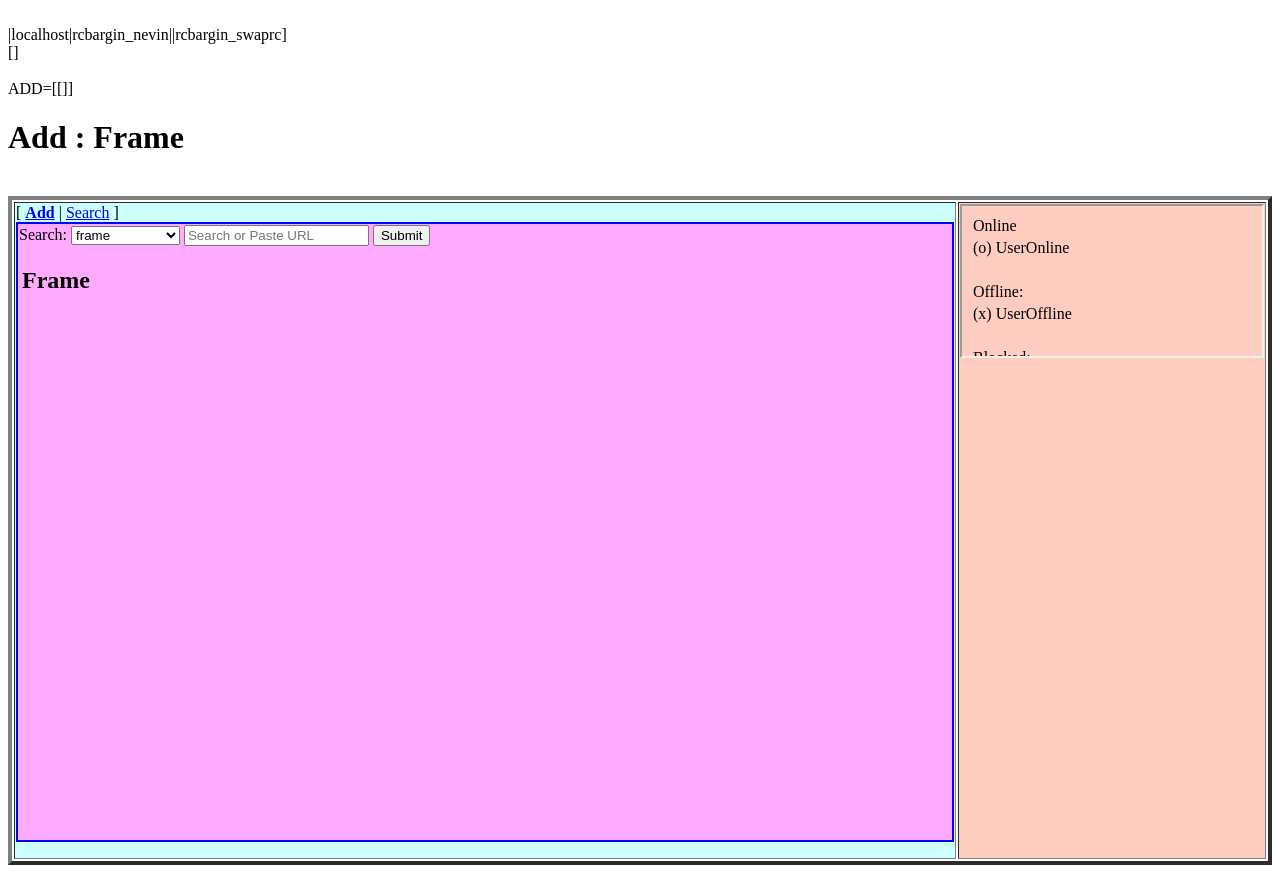
Repository: nevinleiby/SwapRC
Page: http://localhost/add_interface_old.php
These files come from the project's save history. The page is drawn as it stood at one moment and after the next save; the edit follows.
The browser window is 1280 px wide. The pictures show the whole page.
The page is run by PHP 8.4 with error messages shown; the project is at /var/www/html/. Queries for data that is not in the repository find no rows.

Above is the page before, as saved 2019-09-10 16:59:00.
Console error (its wording comes from the project's code and is left out).

### add_interface_old.php
<?php
    require_once 'login_bluehost.php';
    require_once 'quad_spec_processing.php';
    require_once 'quad_sql_commands.php';

    $connection = new mysqli($hn, $un, $pw, $db);
    echo '<br>|'. $hn .'|'. $un .'|'. '|'. $db.']<br>';
    echo '['.$connection->connect_error . ']';
    //if ($connection->connect_error) die ("Fatal Error");


    // Define categories as an array
    //$categories =    array (
    //        'frame',
    //        'fc',
    //        'bnf',
    //        'esc',
    //        'motor',
    //        'prop',
    //    'fpv_camera',
    //    'transmitter',
    //    'antenna',
    //    'vtx',
    //    'receiver',
    //    'battery',
    //    'pdb',
    //    'hardware',
    //    'print',
    //    'goggle',
    //    'video_monitor',
    //    'video_receiver',
    //    'swag'
    //);


    // Define categories as a named array/hash:
    $categories =    [
        'antenna' => 'antenna',
        'battery' => 'battery',
        'bnf' => 'bnf',
        'esc' => 'esc',
        'fc' => 'fc',
        'fpv_camera' => 'fpv_camera',
        'frame' => 'frame',
        'generic' => 'generic',
        'goggle' => 'goggle',
        'hardware' => 'hardware',
        'motor' => 'motor',
        'pdb' => 'pdb',
        'print' => 'print',
        'prop' => 'prop',
        'receiver' => 'receiver',
        'swag' => 'swag',
        'transmitter' => 'transmitter',
        'video_monitor' => 'video_monitor',
        'video_receiver' => 'video_receiver',
        'vtx' => 'vtx'
    ];


    //echo '==================' . isset($_POST['category']) . '=================<br>';
    if (isset($_POST['category']))
    {
        $q_category = $_POST['category'];
        $q_category = strip_tags($q_category);

        $table_name = '';
        // Compare available categories and make sure that user selected an actual category:
        foreach ($categories as $item)
        {
            if ($item == $q_category)
            {
                $table_name = $item;
                //echo "Requested ($q_category) vs actual ($item)<br>";
                break;
            }
        }

        // Default if there is not a valid table used:
        if ($table_name == '')
        {
            $table_name = 'frame';
        }
    }
    else
    {
        $table_name = 'frame';
    }
    $category = ucfirst ($table_name);

    //echo '--------------9' . $table_name . '9---------------<br>';

    // Final check to make sure that table is defined:
    if (! $table_name)
    {
        $table_name = 'frame';
    }

    $query = "SELECT * FROM $table_name";
    $result = $connection->query($query);

    if (! $result) die ("Fatal Error");
    $number_of_rows = $result->num_rows;
    //echo "((($row)))<br>";

    //echo "<br><br>STARTING DATA EXTRACTION [<br>";

    // Step through each result:
    //for ($j = 0; $j < $rows ; ++$j)
    //{
    //   $result->data_seek($j);
    //    //echo .htmlspecialchars ($result->fetch_assoc()['test']) . '<br>';
    //    echo "((" . htmlspecialchars($result->fetch_assoc()['frequency']) . '))<br>';
    //    $result->data_seek($j);
    //    echo "((" . htmlspecialchars($result->fetch_assoc()['number_of_channels']) . '))<br>';
    //}

    //// Step through each result:
    for ($j = 0; $j < $number_of_rows ; ++$j)
    {
        $row = $result->fetch_array(MYSQLI_NUM);

        //echo "((" . htmlspecialchars($row['frequency']) . '))<br>';
        //echo print_f($row);
        for ($item = 0; $item < 10; ++$item)
        {
            // INPUT VALUES:
            //echo "Item $item: " . htmlspecialchars($row[$item]) . "<br>\n";
        }

    }
    //echo "]ENDED EXTRACTION<br>";



    /////////////////////////////////////////////////////////////////////////////////////////////////////////////
    /////////////////////////////////////////////////////////////////////////////////////////////////////////////
    /////////////////////////////////////////////////////////////////////////////////////////////////////////////

    //////////////////////////////
    // TRY TO GET TABLE COLUMNS
    //    https://www.codexworld.com/how-to/get-column-names-from-table-in-mysql-php/
    //
    // Ultimately worked by following:
    //    https://stackoverflow.com/questions/4165195/mysql-query-to-get-column-names/4165253
    /////////////////////////////


    // Query to get columns from table
    //$result = $connection->query("SELECT COLUMN_NAME FROM INFORMATION_SCHEMA.COLUMNS WHERE TABLE_SCHEMA = '$db' AND TABLE_NAME = '$table_name'");

    // single column name:
    //$next_row = $result->fetch_assoc();
    //echo $next_row;

    //$next_row = $result->fetch_assoc();
    //echo "<br>ROW: |$next_row|<br>";
    //foreach ($next_row as $column_name)

    //only grabs the first column name:
    //foreach ($next_row = $result->fetch_assoc() as $column_name)
    //{
    //    //$result[] = $next_row;
    //    echo "<br>ROW: |$next_row|[$column_name]<br>";
    //    foreach ($next_row as $column_name_item)
    //    {
    //        echo "-----|$column_name_item|----<br>";
    //    }
    //}

    // Only selects the first column name:
    //foreach ($next_row = $result->fetch_assoc() as $column_name)
    //{
    //    $columns[] = $next_row;
    //    echo "<br>=|$next_row|=<br>";
    //    echo "<br>=|" . $columns[0] . "|=<br>";
    //    print_r ($columns);

    //    // Still grabs only first column name:
    //    //foreach ($columns as $column_name)
    //    //{
    //    //    echo "-=|$column_name|=-<br>";
    //    //}

    //   for ($column_number = 0; $column_number <= 2; $column_number++)
    //    {
    //        echo "====*" . $columns[$column_number] . "*======<br>";
    //    }
    //}


    ///////////// WORKS!!!!!!!!!!!!!!!!!!!!!!!!!!!!
    /// https://stackoverflow.com/questions/4165195/mysql-query-to-get-column-names/4165253
    //$sql = "SHOW COLUMNS FROM $table_name";
    //$result = mysqli_query($connection,$sql);
    //while($row = mysqli_fetch_array($result)){
    //    echo $row['Field']."<br>";
    //}


    // Grab each column name:
    //     (likely could be optomized by INFORMATION_SCHEMA.COLUMNS WHERE TABLE_SCHEMA methology)
    //
    // WORKS!!!!!
    /// https://stackoverflow.com/questions/4165195/mysql-query-to-get-column-names/4165253

    $query = "SHOW COLUMNS FROM $table_name";
    $result = $connection->query($query);

    $search_input_text = '';
    while($row = mysqli_fetch_array($result))
    {
        //echo $row['Field']."<br>";
        //echo '<input onClick="this.select();" type=text name="' . $row['Field'] . '" placeholder="' . $row['Field'] . '"><br>';

        // Pretty form of INPUT box
        $search_input_text .= "\n" . '<input onClick="this.select();" type=text name="' . $row['Field'] . '" placeholder="' . $row['Field'] . '">&nbsp; ' .  $row['Field'] . '<br>';

        // INPUT box but with default values:
        //$search_input_text .= "\n" . '<input onClick="this.select();" type=text name="' . $row['Field'] . '" value="' . $row['Field'] . '1">' . $row['Field'] . '<br>';

        // TESTING <INPUT>:
        //$search_input_text .= "\n" . '<input onClick="this.select();" type=text name="' . $row['Field'] . '" value="' . '1">' . $row['Field'] . '<br>';
    }


    // Read all of the column names:
    //foreach ($next_row = $result->fetch_assoc())
    //{
    //    echo $next_row;
    //}


    //while ($next_row = $result->fetch_assoc())
    //{
    //    $result[] = $next_row;
    //    echo $next_row;
    //}

    // Array of all column names
    //$columnArr = array_column($result, 'COLUMN_NAME');

    /////////////////////////////////////////////////////////////////////////////////////////////////////////////
    /////////////////////////////////////////////////////////////////////////////////////////////////////////////
    /////////////////////////////////////////////////////////////////////////////////////////////////////////////


    // Now generate the available options:
    $select_options_text = select_item(strtolower($category), $categories);

    // Associative array to add to the table:
    $row_add_array;

    // Process the input:
    while (1)
    {
        // Doesn't permit name=value pairs...you need a KEY=VALUE
        //foreach ($_POST as $item)

        // Get the name=value pairs:
        // https://stackoverflow.com/questions/5479999/foreach-value-from-post-from-form

        foreach ($_POST as $key => $value)
        {
            //echo 'name=('. $key . ')|  value=|' . $_POST[$key] . '|| [' . $value . ']<br>';
            //echo 'name=('. $key . ')|  value=|' . $_POST[$key] . '||<br>';

            $row_add_array[$key] = $value;
        }
        break;
    }

    // Now lets add the data to the database:

    // See the array of data:
    //print_r($row_add_array);
    $row_add_string = q_add_item_to_table($table_name, $categories, $row_add_array);
    echo "\n<br><br>ADD=[[" . $row_add_string . "]]<br>\n";

    if ($row_add_string)
    {
        //echo 'ADD_ITEM_TO_TABLE  ID=[' . $row_add_array['id'] . ']<br>';
        $add_result = $connection->query($row_add_string);
        echo "SQL ADD RESULT($add_result)<br>";
    }



    $display_result = $connection->query("SELECT id from $category");
    if ( ! $display_result) die ("Fatal Error");

    $rows = $display_result->num_rows;

    for ($j = 0; $j < $rows; ++$j)
    {
        $row = $display_result->fetch_array(MYSQL_ASSOC);

        // Display a link for the particular item.
        //   Item should be a link within the Category DB, which will then be able to unit with Entry DB.
        //   If the Entry DB is referenced without referencing the Category DB, then it could be harder to link
        echo '<a href="./display_item_old.php?' . $category . '=' . $row['id'] . '&category=' . $category .'">' . $row['id'] . '</a><br>';
    }


    $result->close();
    $connection->close();

    /////////////////////////////////////////////////////////////////////////////////////////////////////////////////////////////////////////////////////////

    ///////////////////////////////////
    // Function definitions
    ///////////////////////////////////

    /////////////////////////
    // GET_POST
    /////////////////////////
    function get_post ($connection, $var)
    {
        return $connection->real_escape_string($_POST[$var]);
    }

    /////////////////////////
    // SELECT_ITEM
    /////////////////////////
    // Create the <INPUT> tags and select the choosen category:
    function select_item ($category, &$categories)
    {

            //echo "category=($category), categories=(" . $categories['vtx'] . ')<br>';
            //echo "entering with default of ($category)";

            // Define the return text string:
            $return_text = '';

            // Step through each category:
            foreach ($categories as $curr_category)
            {

                // Select the current category:
                $curr_category = $categories[$curr_category];
                //echo '<br>[[[[[[<b>' . $curr_category . '</b>| vs |' . $category . ']]]]]]]]]]';

                // Basic <OPTION> statement, to be appended to the selected item if necessary:
                $return_text .= '<option value = "' . $curr_category . '"';

                // compare the desired category ($category) with the current category:
                if ($curr_category == $category)
                {
                    // This the is desired category....select it now:
                    $return_text .= ' SELECTED ';
                    //echo '<br>SELECTED ' . $curr_category . "<br>";
                }

                $return_text .= '>' . $curr_category . '</option>' ."\n";
            }

            // Return <OPTION> array, including the one that is SELECTED:
            return $return_text;
    }


/////////////////////////////////////////////////////////////////////////////////////////////////////////////////////////////////////////////


echo <<<_END
<html>
    <title>
        SwapRC:Add
    </title>
    <body>
            <h1>Add : $category</h1>
            <form action="./add_interface_old.php" method="post">

            <br>
            <table border=4 width=100% height=95%>
                <tr border=4 height=95%>
                    <td width = 80% border=2 bgcolor="#ccffff" valign=top height=95%>
                        [
                        <b><a href="./add_interface_old">Add</a></b> |
                        <a href="./search_interface.php">Search</a>
                        ]


                        <br>
                        <table width=100% height=95% bgcolor=blue>
                            <tr height=95% style="height:95%">
                                <td valign=top bgcolor="#ffaaff" style="height:95%">
                                    Search:
                                    <select name="category">
                                        $select_options_text
                                    </select>
                                    <input onClick="this.select(); type=text name="Name" placeholder="Search or Paste URL">
                                    <input type=submit name="submit">

                                    <br><br>
                                    <table>
                                        <tr>
                                            <td valign=top>
                                                <h2>$category</h2>
                                            </td>
                                            <td valign=top>
                                                $search_input_text
                                            </td>
                                        </tr>
                                    </table>

                                </td>




                            </tr>
                        </table>
                        </form>

                    </td>
                    <td border=2 bgcolor="ffccccc" valign=top height=95%>
                        <frameset>
                            <iframe src="./frame_users.html">
                        </frameset>
                    </td>
                </tr>
            </table>
    </body>

</html>
_END;
?>

### login_bluehost.php
<?php
    // login_bluehost.php
    $hn = 'localhost';
    $db = 'rcbargin_swaprc';
    $un = 'rcbargin_nevin';
    $pw = 'kdie4all';

?>

### quad_spec_processing.php
<?php

    // Data processing functions:

    ///////////////////////////////////////////////
    // check_parameter
    //    Simplified method for data checking based upon parameter name
    //    $value = check_parameter($parameter_type, $value);
    ///////////////////////////////////////////////
    function check_parameter ($parameter_type, $value)
    {
        $return_value = 0;

        switch ($parameter_type)
        {
            case 'id':
                if (is_numeric($value))
                {
                     $return_value = $value;
                }
                else
                {
                    $return_value = 1;
                }
                break;

            // Character checking:
            case 'processor':
            case 'gyro':
            case 'mounting_holes':
            case 'osd':
            case 'firmware':
            case 'voltage_control':
            case 'antenna_connector':
            case 'filament_type':
            case 'polarization':
            case 'bandwidth':
            case 'material':
            case 'swr':
            case 'gain':
            case 'battery_type':
            case 'receiver':
            case 'transmitter':
            case 'goggles':
            case 'esc_type':
            case 'stack_size':
            case 'protocols_supported':
            case 'image_aspect_ratio':
            case 'lens':
            case 'prints':
            case 'camera_sizes':
            case 'resolution':
            case 'hdmi_in':
            case 'hardware_type':
            case 'color':
            case 'mounting_screw':
            case 'output_5v':
            case 'output_10v':
            case 'lens':
            case 'frequency':
            case 'swag_size':
            case 'access':
            case 'spectrum_analyzer':
            case 'screen':
            case 'video_signal':
            case 'jr':
            case 'operating_system':
            case 'training_function':
            case 'charging_interface':
            case 'opentx':
            case 'compatibility':
            case 'video_format':
            case 'receiver_method':
            case 'rf_sensitivity':
            case 'antenna_connections':
            case 'band':
            case 'type1':
            case 'type2':
            case 'manufacturer':
            case 'model':
            case 'release_year':
            case 'dimension':
            case 'shipping_restriction':
            case 'id_code':
            case 'country_of_origin':
                if ($value != '')
                {
                    $return_value = $value;
                }
                else
                {
                    $return_value = '';
                }
                break;

            // Numerical checking
            case 'voltage_min':
            case 'voltage_max':
            case 'operating_voltage':
            case 'antenna_length':
            case 'c_rating':
            case 'mah':
            case 'length':
            case 'width':
            case 'height':
            case 'frame_size':
            case 'size':
            case 'amps_max':
            case 'fov':
            case 'arms':
            case 'stacks':
            case 'kv':
            case 'stator_diameter':
            case 'stator_height':
            case 'shaft_size':
            case 'prop_length':
            case 'blades':
            case 'cw':
            case 'ccw':
            case 'number_of_channels':
            case 'transmit_power_min':
            case 'transmit_power_max':
            case 'model_memories':
            case 'antenna_num':
                if (is_numeric($value))
                {
                    $return_value = $value;
                }
                else
                {
                    //echo "<br>|$parameter_type| => |$value|<br>";
                    $return_value = 0;
                }
                break;

            // URL checking:
            case 'url':
                $return_value = check_url($url);
                break;
            // Default:
            default:
                break;
        }
        return $return_value;
    }

    function check_url ($url)
    {
        //if ($url)
        //{
        //    $url .= '';
        //}
        return $url;
    }

?>

### frame_users.html
<html>
    <title>
        SwapRC : Users
    </title>
    <body>
        <table>
            <tr><td>Online</td></tr>
            <tr><td>(o) UserOnline</td></tr>

            <tr><td>&nbsp;</td></tr>
            <tr><td>Offline:</td></tr>
            <tr><td>(x) UserOffline</td></tr>

            <tr><td>&nbsp;</td></tr>
            <tr><td>Blocked:</td></tr>
            <tr><td>(b) UserBlocked</td></tr>

        </table>
    </body>
</html>

Loaded but not shown: quad_sql_commands.php (375 lines, source omitted)

After the next save:
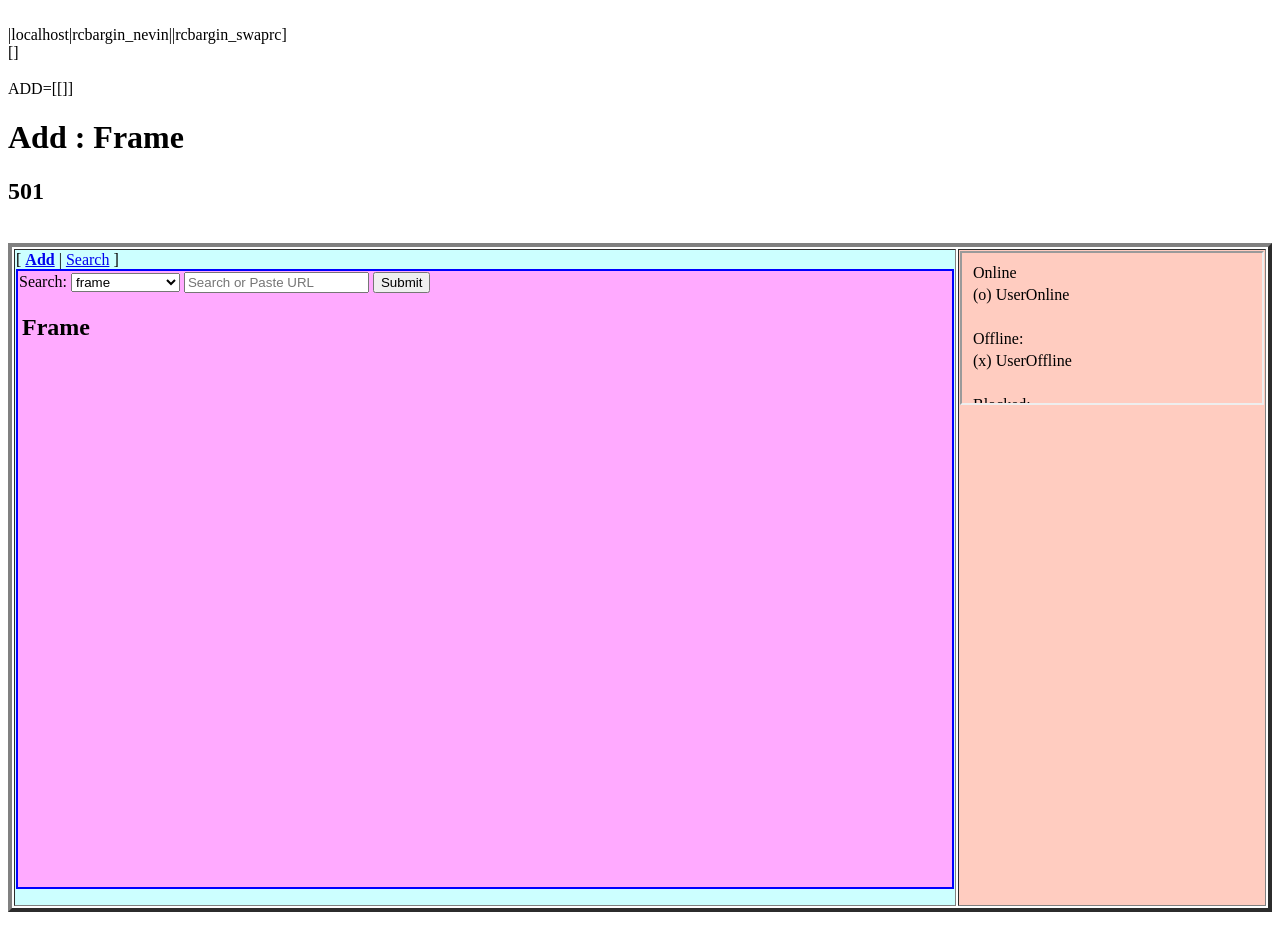
Saved 2 min 7 s later.
--- a/add_interface_old.php
+++ b/add_interface_old.php
@@ -369,6 +369,7 @@ echo <<<_END
     </title>
     <body>
             <h1>Add : $category</h1>
+            <h2>501</h2>
             <form action="./add_interface_old.php" method="post">
 
             <br>
